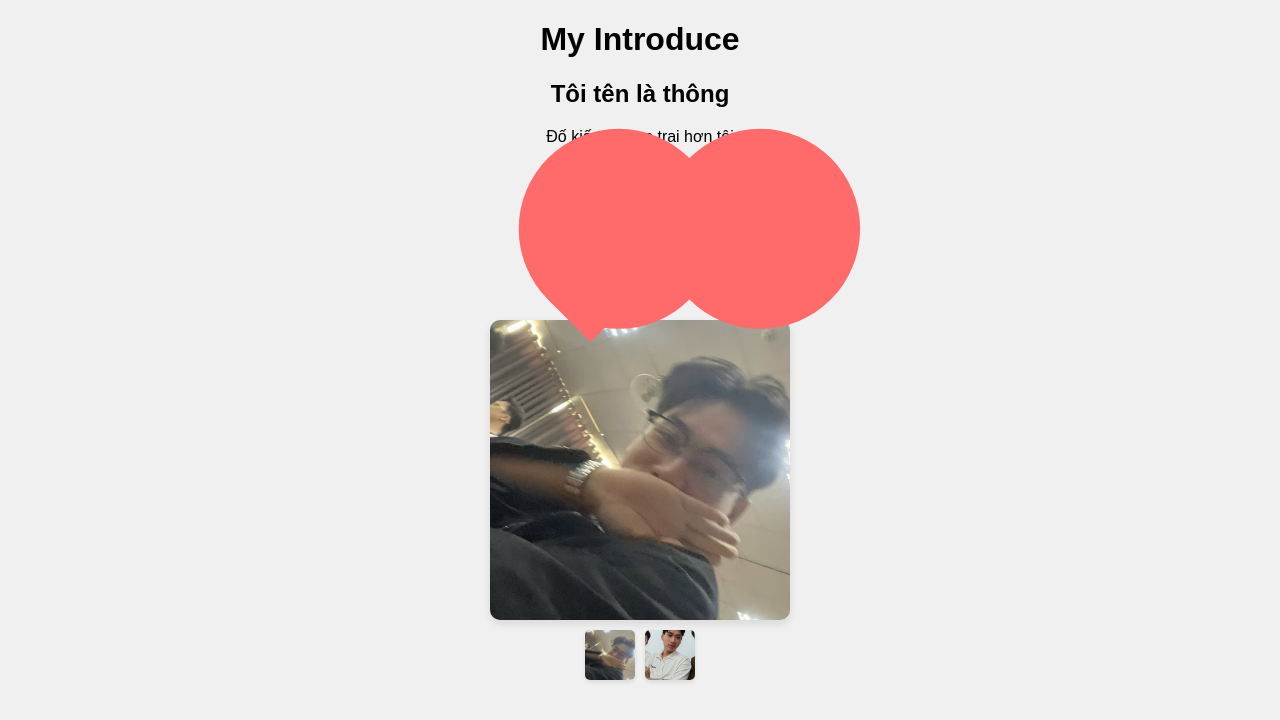
Repository: Thonghehe/profile
Page: index.html
An editor plug-in stored every save of this project. The page is shown before and after the next save, followed by the edit.
The browser window is 1280 px wide. The pictures show the whole page.

Above is the page before, as saved 2024-11-15 13:46:41.

### index.html
<!DOCTYPE html>
<html lang="en">

<head>
    <meta charset="UTF-8">
    <meta name="viewport" content="width=device-width, initial-scale=1.0">
    <title>Document</title>
    <link rel="stylesheet" href="./style.css">
</head>

<body>
    <div>
        <h1>My Introduce</h1>
        <h2>Tôi tên là thông</h2>
        <p>Đố kiếm ai đẹp trai hơn tôi</p>
        <img src="" alt="">
    </div>
    <div class="heart"></div>
    <div class="thumbnail-container">
        <img id="large-image" src="" alt="Large Image">
        <div class="thumbnails"></div>
        <script>
            const images = {
                image1: './images/image1.png',
                image2: './images/image.png',

            };

            const largeImage = document.getElementById('large-image');
            const thumbnailsContainer = document.querySelector('.thumbnails');

            Object.values(images).forEach(src => {
                const img = document.createElement('img');
                img.src = src;
                img.alt = 'Thumbnail';
                img.classList.add('thumbnail');
                img.addEventListener('mouseover', () => {
                    largeImage.src = src;
                });
                thumbnailsContainer.appendChild(img);
            });

            // Set the initial large image
            largeImage.src = images.image1;
        </script>
</body>

</html>

### style.css
body {
    display: flex;
    flex-direction: column;
    justify-content: center;
    align-items: center;
    height: 100vh;
    margin: 0;
    background-color: #f0f0f0;
    font-family: Arial, sans-serif;
    overflow: hidden;
}

div {
    text-align: center;
    margin-bottom: 20px;
}

.heart {
    position: relative;
    width: 200px;
    height: 200px;
    background-color: #ff6b6b;
    transform: rotate(-45deg);
    margin-top: 20px;
}

.heart::before,
.heart::after {
    content: "";
    position: absolute;
    width: 200px;
    height: 200px;
    background-color: #ff6b6b;
    border-radius: 50%;
}

.heart::before {
    top: -100px;
    left: 0;
}

.heart::after {
    top: 0;
    left: 100px;
}

#fireworks-container {
    position: absolute;
    top: 0;
    left: 0;
    width: 100%;
    height: 100%;
    pointer-events: none;
}

.thumbnail-container {
    display: flex;
    flex-direction: column;
    align-items: center;
    gap: 10px;
    margin-top: 20px;
}

#large-image {
    width: 300px;
    height: 300px;
    object-fit: cover;
    border-radius: 10px;
    box-shadow: 0 4px 8px rgba(0, 0, 0, 0.1);
}

.thumbnails {
    display: flex;
    gap: 10px;
}

.thumbnail {
    width: 50px;
    height: 50px;
    object-fit: cover;
    border-radius: 5px;
    cursor: pointer;
    box-shadow: 0 2px 4px rgba(0, 0, 0, 0.1);
}

After the next save:
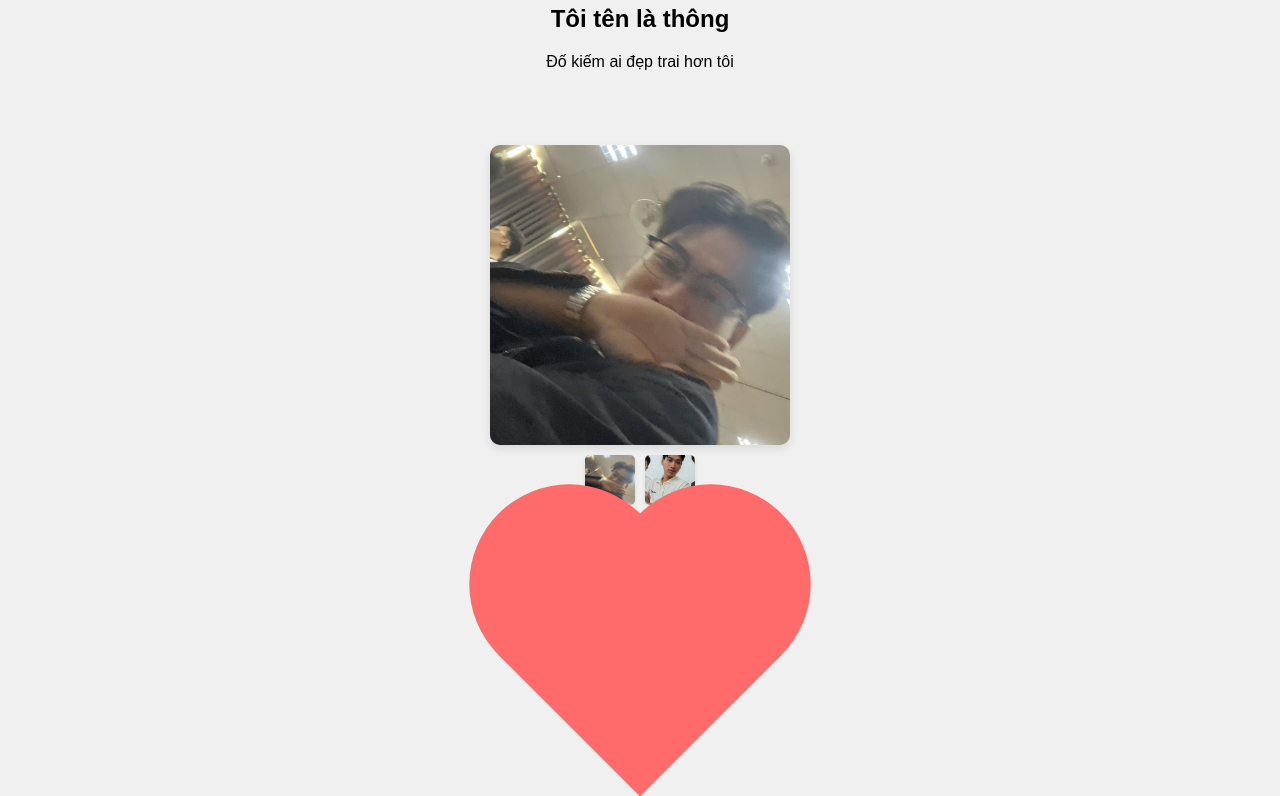
Saved 56 s later.
--- a/index.html
+++ b/index.html
@@ -15,10 +15,11 @@
         <p>Đố kiếm ai đẹp trai hơn tôi</p>
         <img src="" alt="">
     </div>
-    <div class="heart"></div>
+
     <div class="thumbnail-container">
         <img id="large-image" src="" alt="Large Image">
         <div class="thumbnails"></div>
+        <div class="heart"></div>
         <script>
             const images = {
                 image1: './images/image1.png',
